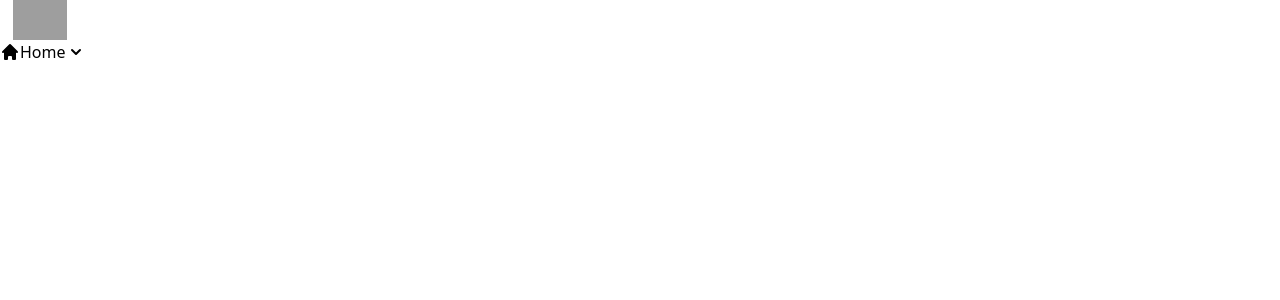
Repository: Scripter-Automation/reditclone
Page: /
These files come from the project's save history. The page is drawn as it stood at one moment and after the next save; the edit follows.
The browser window is 1280 px wide. The pictures show the whole page.
Pictures or frames that could not be fetched are drawn as grey boxes. The project was rebuilt for these pictures with package versions that can differ from the ones it lists, and the page was loaded fresh each time. A package was used in the major version that the imports need, not the one package.json lists. The framework's server and built-in components were replaced by stand-ins that run in the browser. Also part of the build but not shown: next.config.js.

Above is the page before, as saved 2022-05-19 02:56:53.

### pages/index.tsx
import type { NextPage } from 'next'
import Head from 'next/head'
import Image from 'next/image'
import Header from '../components/Header'

const Home: NextPage = () => {
  return (
    <div className="">
      <Head>
        <title>Reddit 2.0  clone</title>
        <link rel="icon" href="/favicon.ico" />
      </Head>

    <Header></Header>


    </div>
    )
}

export default Home

### components/Header.tsx
import Image from 'next/image'
import React from 'react'
import { BeakerIcon, ChevronDownIcon, HomeIcon } from "@heroicons/react/solid"
import { StarIcon } from "@heroicons/react/outline"
export default function Header() {
  return (
    <div>
        <div className='relative h-10 w-20 flex-shrink-0'>
            <Image objectFit='contain' src="https://links.papareact.com/fqy" layout='fill'></Image>
        </div>
        <div className='flex items-center'>
            <HomeIcon className='h-5 w-5'></HomeIcon>
            <p>Home</p>
            <ChevronDownIcon className='h-5 w-5'></ChevronDownIcon>
        </div>
    </div>
  )
}

Loaded but not shown: pages/_app.tsx (common file); styles/globals.css (common file); tailwind.config.js (common file)

After the next save:
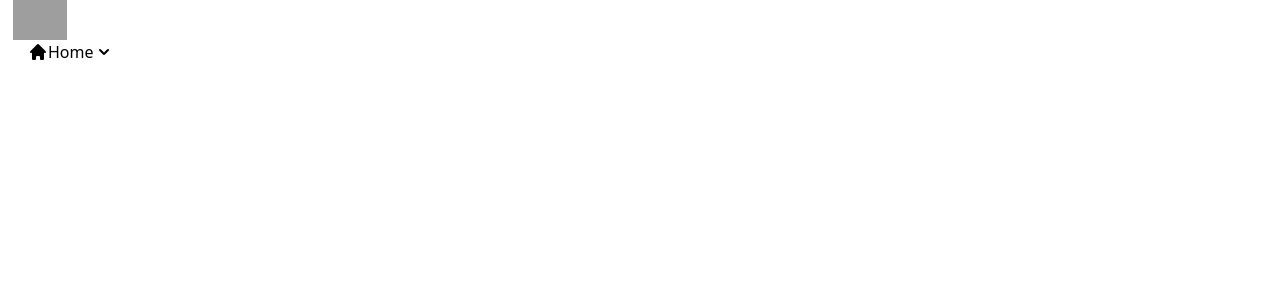
Saved 19 s later.
--- a/components/Header.tsx
+++ b/components/Header.tsx
@@ -8,7 +8,7 @@
         <div className='relative h-10 w-20 flex-shrink-0'>
             <Image objectFit='contain' src="https://links.papareact.com/fqy" layout='fill'></Image>
         </div>
-        <div className='flex items-center'>
+        <div className='flex items-center mx-7'>
             <HomeIcon className='h-5 w-5'></HomeIcon>
             <p>Home</p>
             <ChevronDownIcon className='h-5 w-5'></ChevronDownIcon>
